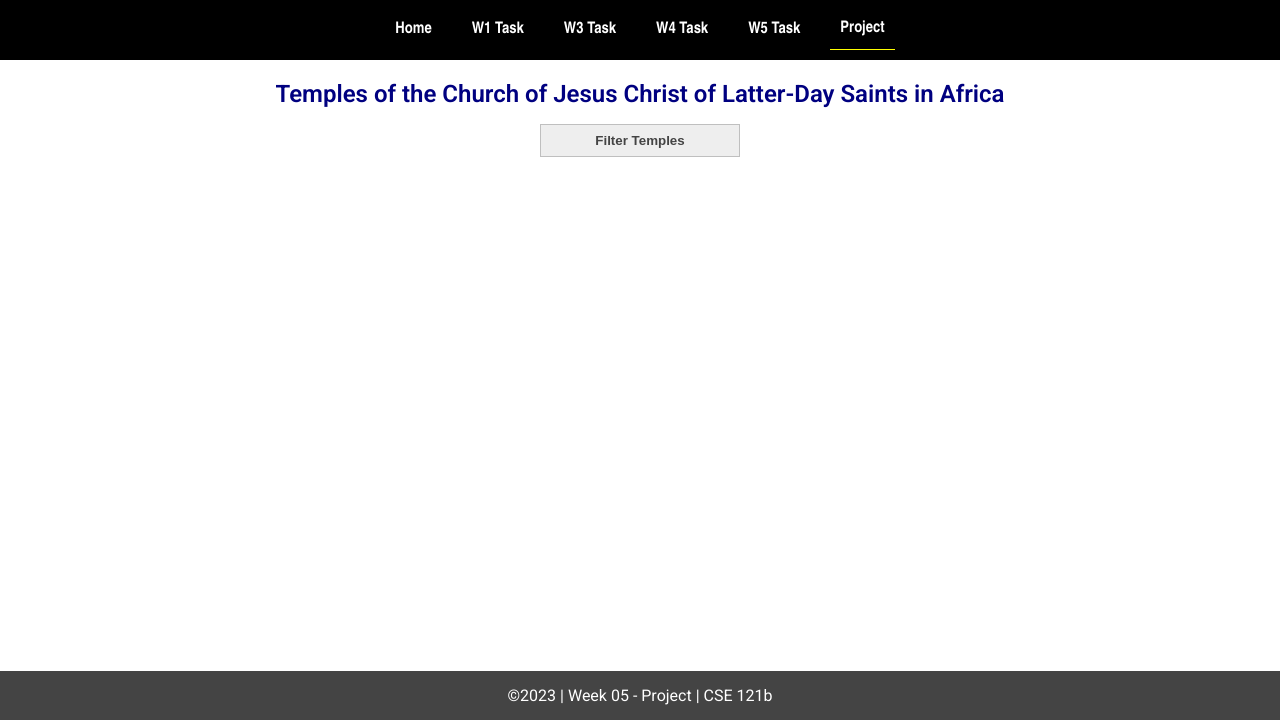
Repository: mszakutumela/cse121b
Page: Project/project.html
These files come from the project's save history. The page is drawn as it stood at one moment and after the next save; the edit follows.
The browser window is 1280 px wide. The pictures show the whole page.

Above is the page before, as saved 2023-10-24 14:34:10.

After the next save:
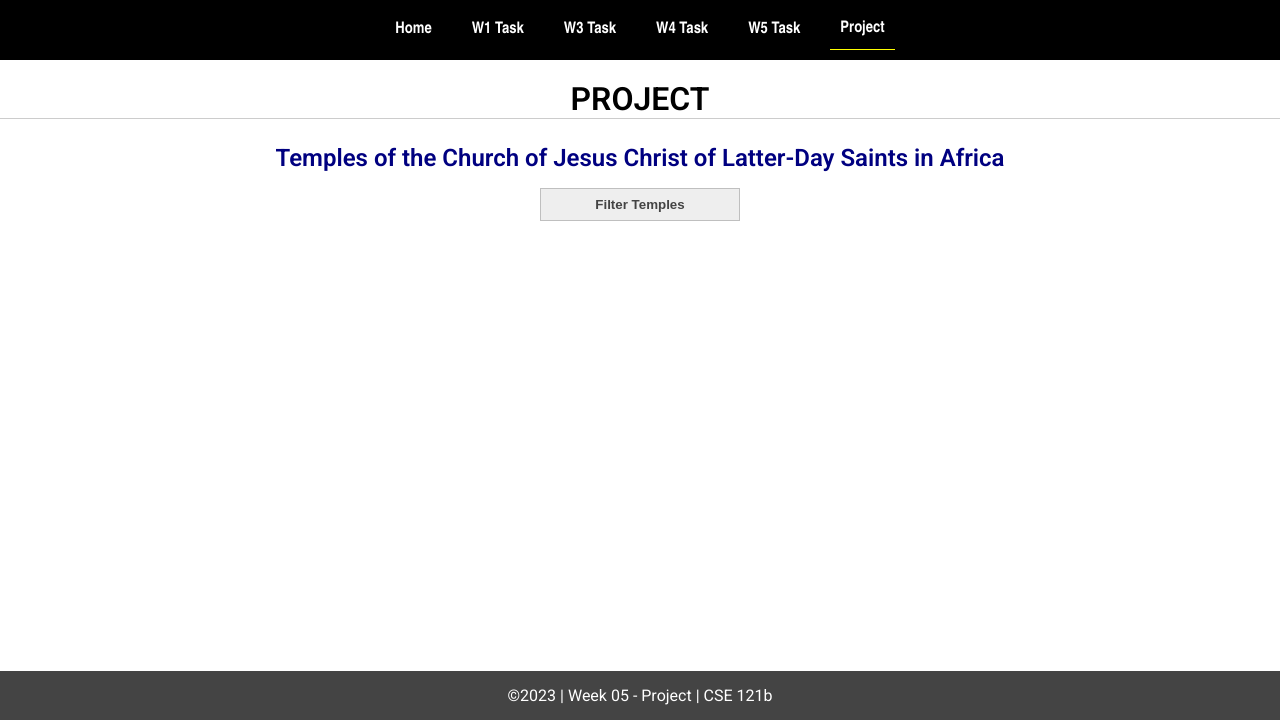
Saved 110 s later.
--- a/Project/project.html
+++ b/Project/project.html
@@ -24,7 +24,7 @@
       <li><a href="project.html" class="active">Project</a></li>
     </ul>
   </nav>
-  <main id="grid">
+  <main id="gridly">
     <h1>PROJECT</h1>
     <h2>Temples of the Church of Jesus Christ of Latter-Day Saints in Africa</h2>
 
